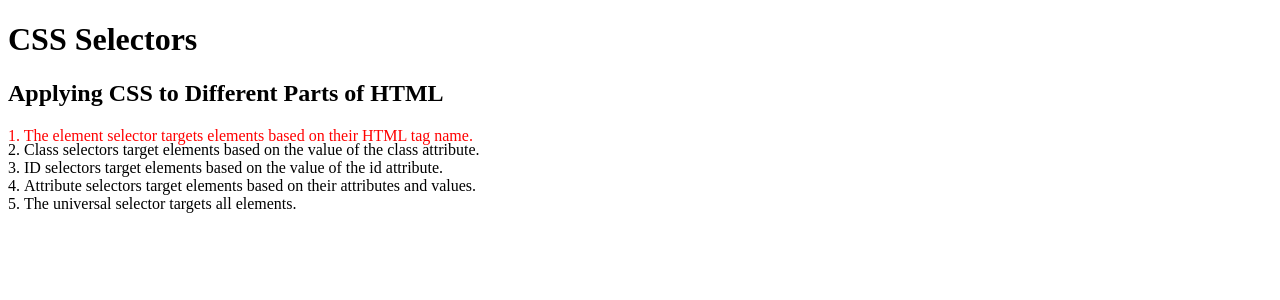
Repository: arzeee/Web_Course
Page: 5.3+CSS+Selectors/5.3 CSS Selectors/index.html
An editor plug-in stored every save of this project. The page is shown before and after a run of saves, followed by the edit.
The browser window is 1280 px wide. The pictures show the whole page.

Above is the page before, as saved 2025-01-20 07:42:53.

After the next 3 saves:
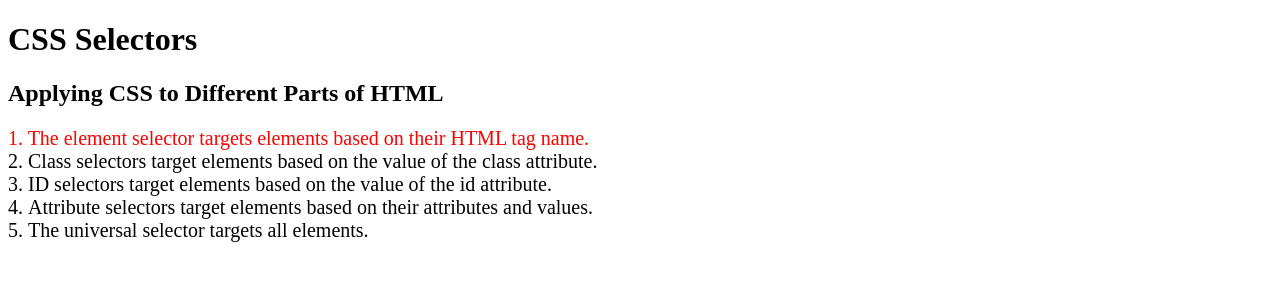
The 3 saves are shown as one change because they came seconds apart.
The last was saved 66 s later.
--- a/5.3+CSS+Selectors/5.3 CSS Selectors/style.css
+++ b/5.3+CSS+Selectors/5.3 CSS Selectors/style.css
@@ -9,3 +9,7 @@ ol {
 p {
   color: red;
 }
+
+.note {
+  font-size: 20px;
+}
